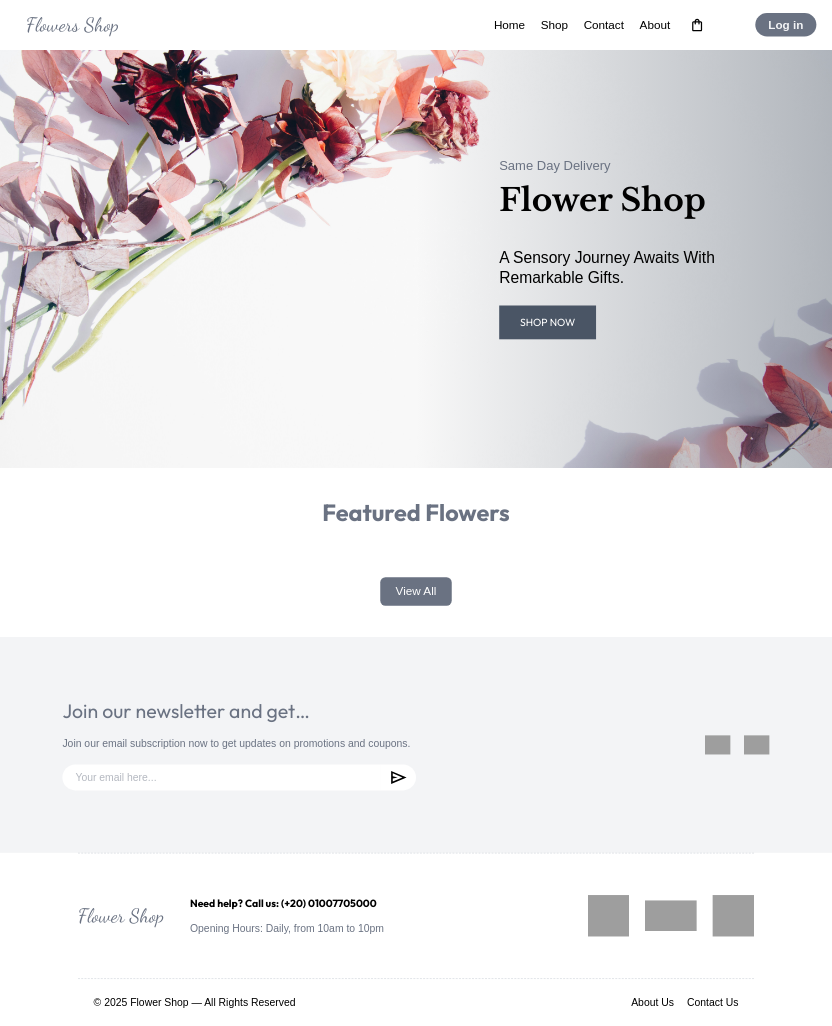
Repository: NotDebugger/flowers-shop
Page: /
The author's editor kept a copy of each file at every save. The page is drawn from the files as they stood at one save, then again after the next save.
The browser window is 1280 px wide. The pictures show the whole page, at 65% of full size.
Pictures or frames that could not be fetched are drawn as grey boxes. The page's requests for data from a server got no answer. Some web fonts or font styles are not loaded; a fallback is used. The project was rebuilt for these pictures with package versions that can differ from the ones it lists, and the page was loaded fresh each time. No one was signed in, and anything a server would have sent is missing. Also part of the build but not shown: vite.config.js, src/contexts/cartContext.js, src/hooks/useCart.js, src/components/ProductCard.jsx, src/pages/Shop.jsx, src/pages/ProductPage.jsx, src/pages/Cart.jsx, src/pages/Contact.jsx and 4 more.

Above is the page before, as saved 2026-04-06 15:04:50.

After the next save:
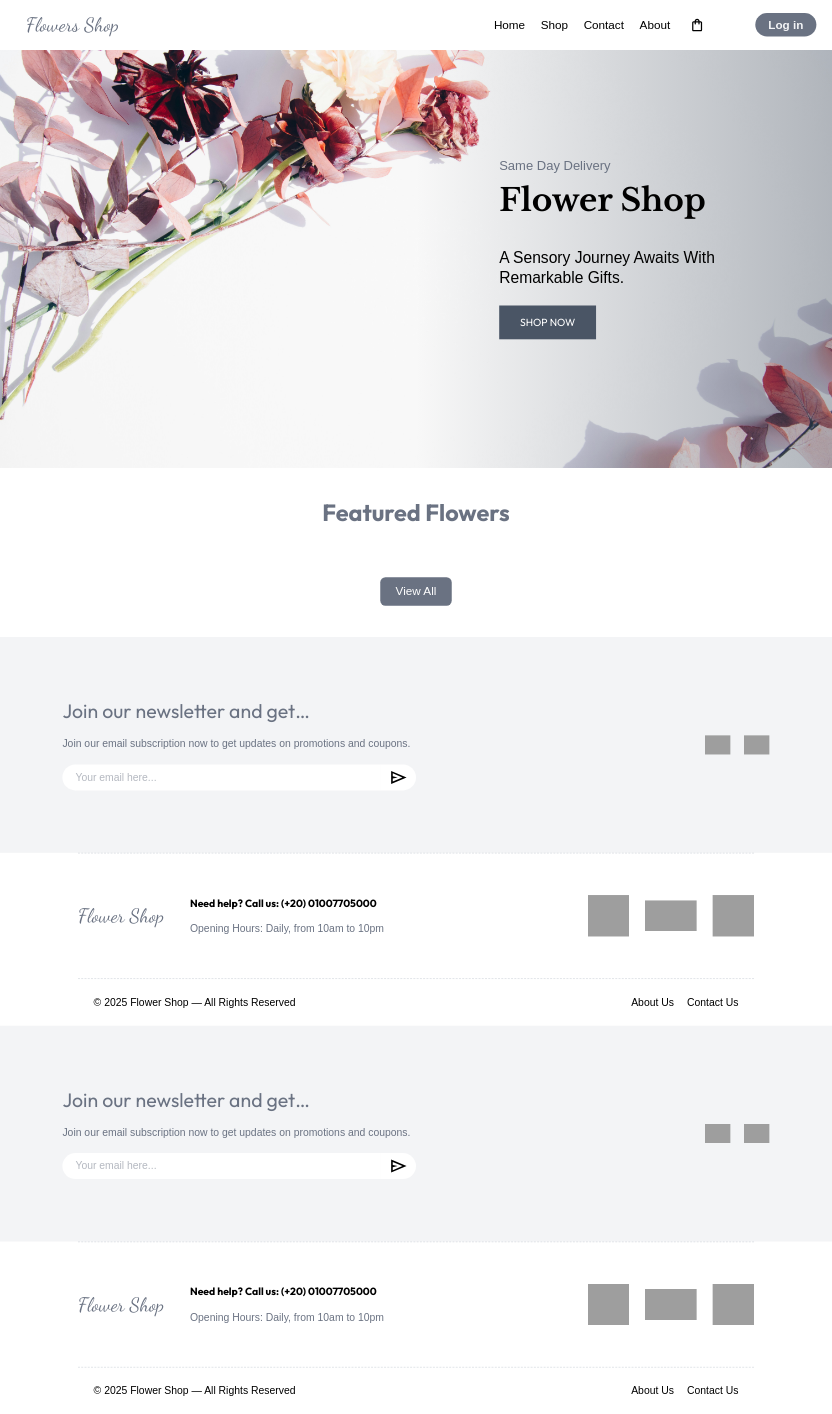
Saved 7 s later.
--- a/src/App.jsx
+++ b/src/App.jsx
@@ -11,13 +11,16 @@ import About from "./pages/About";
 import Login from "./pages/Login";
 import PasswordForgot from "./pages/PasswordForgot";
 import Signup from "./pages/Signup";
+import Footer from "./components/Footer";
 
 export default function App() {
   const [cart, setCart] = useState([]);
-    const [products, setProducts] = useState([]);
+  const [products, setProducts] = useState([]);
 
   useEffect(() => {
-    fetch("https://raw.githubusercontent.com/Crazy-53/Flowers-Shop/refs/heads/main/src/data/products.json")
+    fetch(
+      "https://raw.githubusercontent.com/Crazy-53/Flowers-Shop/refs/heads/main/src/data/products.json",
+    )
       .then((res) => res.json())
       .then((data) => setProducts(data));
   }, []);
@@ -27,7 +30,10 @@ export default function App() {
       <Navbar />
       <Routes>
         <Route path="/" element={<Home />} />
-        <Route path="/shop" element={<Shop cart={cart} setCart={setCart} products={products} />} />
+        <Route
+          path="/shop"
+          element={<Shop cart={cart} setCart={setCart} products={products} />}
+        />
         <Route path="/contact" element={<Contact />} />
         <Route path="/about" element={<About />} />
         <Route path="/login" element={<Login />} />
@@ -35,10 +41,13 @@ export default function App() {
         <Route path="/sign-up" element={<Signup />} />
         <Route
           path="/product/:id"
-          element={<ProductPage cart={cart} setCart={setCart} products={products} />}
+          element={
+            <ProductPage cart={cart} setCart={setCart} products={products} />
+          }
         />
-        <Route path="/cart" element={<Cart cart={cart} setCart={setCart}/>} />
+        <Route path="/cart" element={<Cart cart={cart} setCart={setCart} />} />
       </Routes>
+      <Footer />
     </Router>
   );
 }
